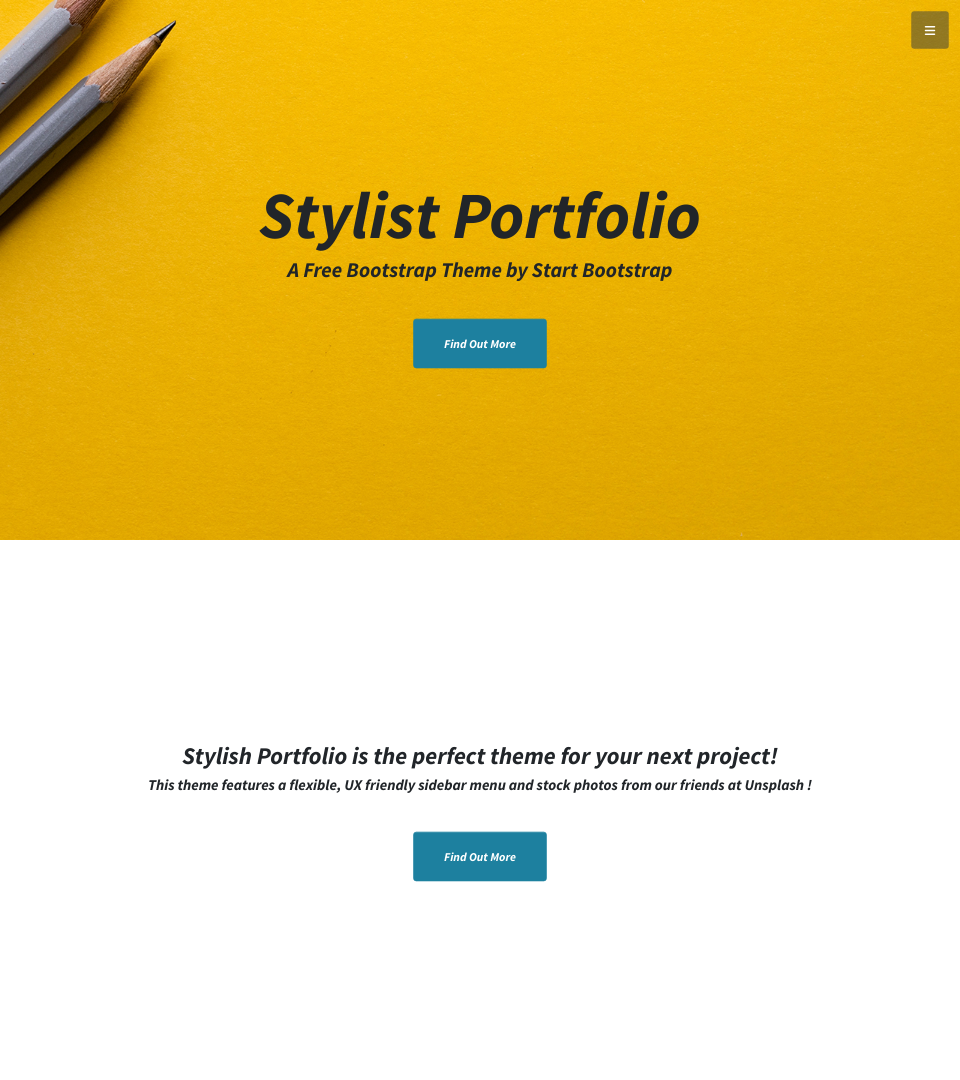
Repository: hoangpino/VE_FE_FrameWork_005
Page: lab06/index.html
The author's editor kept a copy of each file at every save. The page is drawn from the files as they stood at one save, then again after the next save.
The browser window is 1280 px wide. The pictures show the whole page, at 75% of full size.

Above is the page before, as saved 2021-10-02 20:13:05.

After the next save:
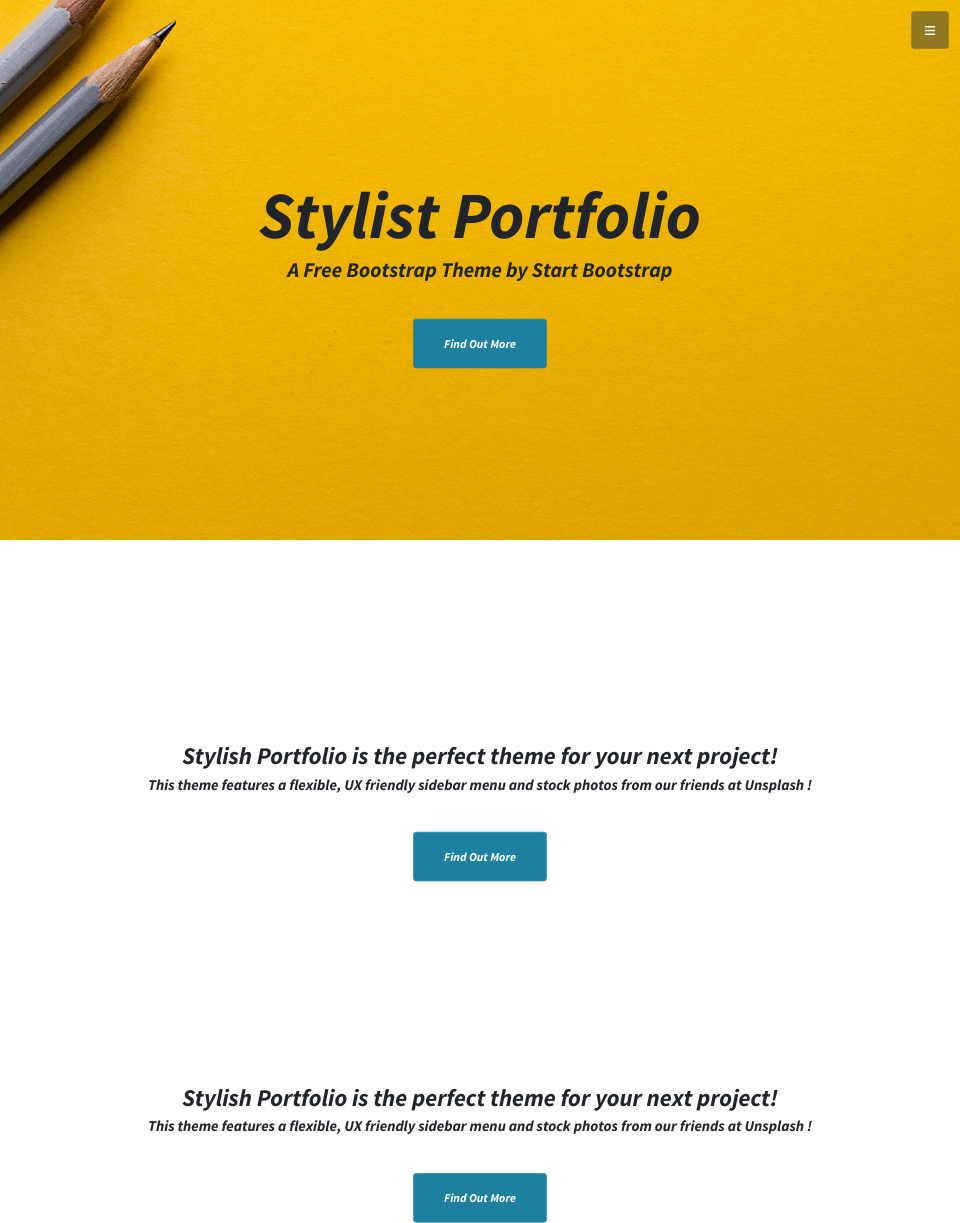
Saved 2 min 51 s later.
--- a/lab06/index.html
+++ b/lab06/index.html
@@ -37,7 +37,7 @@
             <ul class="sidebar-nav">
                 <li class="sidebar-nav-item"><a href="#home">Home</a></li>
                 <li class="sidebar-nav-item"><a href="#about">About</a></li>
-                <li class="sidebar-nav-item"><a href="#">Services</a></li>
+                <li class="sidebar-nav-item"><a href="#services">Services</a></li>
                 <li class="sidebar-nav-item"><a href="#">Portfolio</a></li>
                 <li class="sidebar-nav-item"><a href="#">Contacts</a></li>
             </ul>
@@ -62,6 +62,17 @@
             <a href="" class="btn btn-primary btn-xl">Find Out More</a>
         </div>
     </section>
+
+    <!-- Services -->
+    <section class="d-flex align-items-center" id="services">
+        <div class="container text-center">
+            <h2 class="m-1">Stylish Portfolio is the perfect theme for your next project!</h2>
+            <p class="mb-5">This theme features a flexible, UX friendly sidebar menu and stock
+                photos from our friends at Unsplash !</p>
+            <a href="" class="btn btn-primary btn-xl">Find Out More</a>
+        </div>
+    </section>
+
     <script src="https://cdn.jsdelivr.net/npm/bootstrap@5.1.1/dist/js/bootstrap.bundle.min.js"
         integrity="sha384-/bQdsTh/da6pkI1MST/rWKFNjaCP5gBSY4sEBT38Q/9RBh9AH40zEOg7Hlq2THRZ"
         crossorigin="anonymous"></script>
